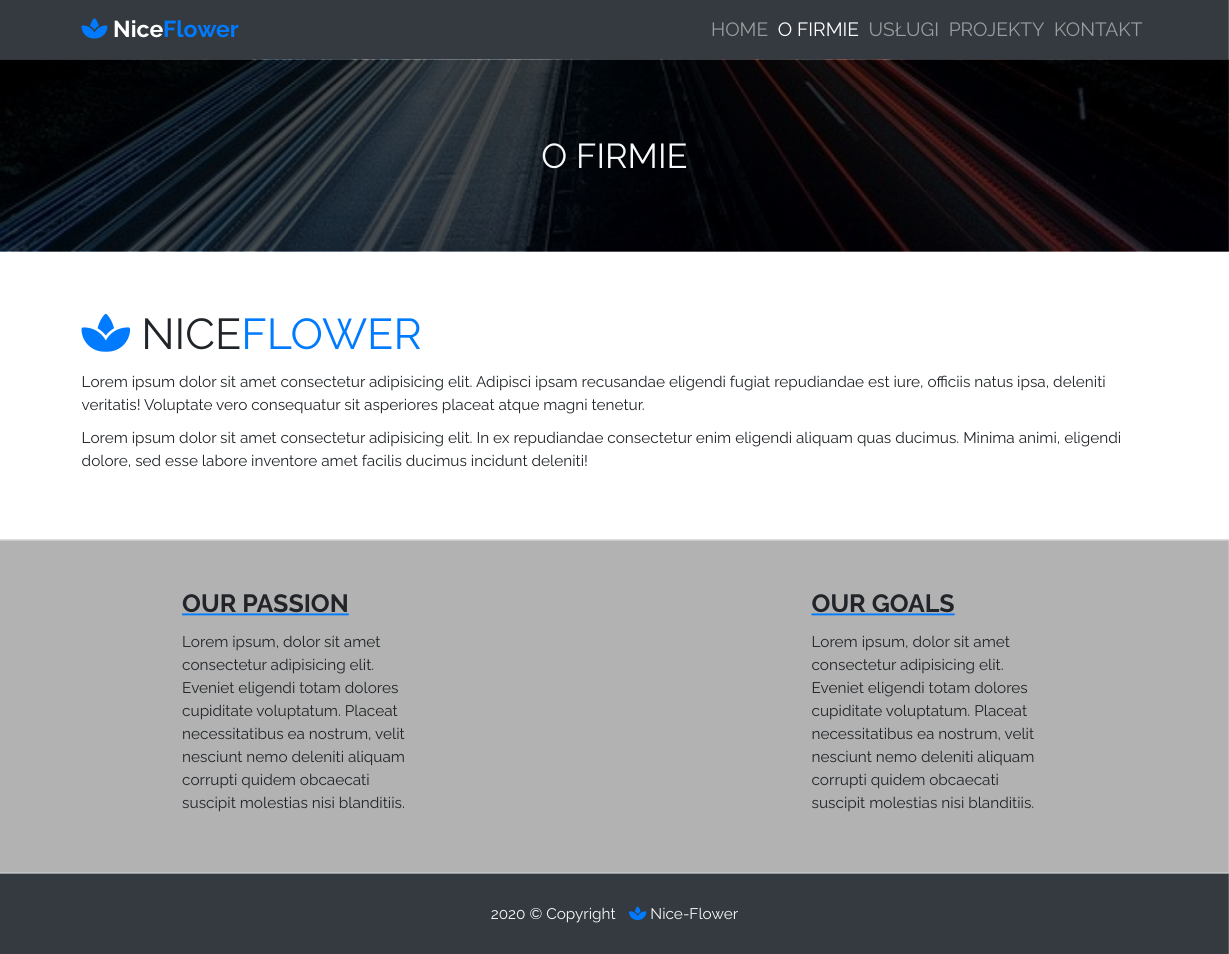
Repository: KrzysKolo/Projekt-13_Kwiaciarnia
Page: abouteus.html
These files come from the project's save history. The page is drawn as it stood at one moment and after the next save; the edit follows.
The browser window is 1280 px wide. The pictures show the whole page, at 96% of full size.
Some web libraries are served in a nearby version.

Above is the page before, as saved 2020-08-10 09:37:44.

After the next save:
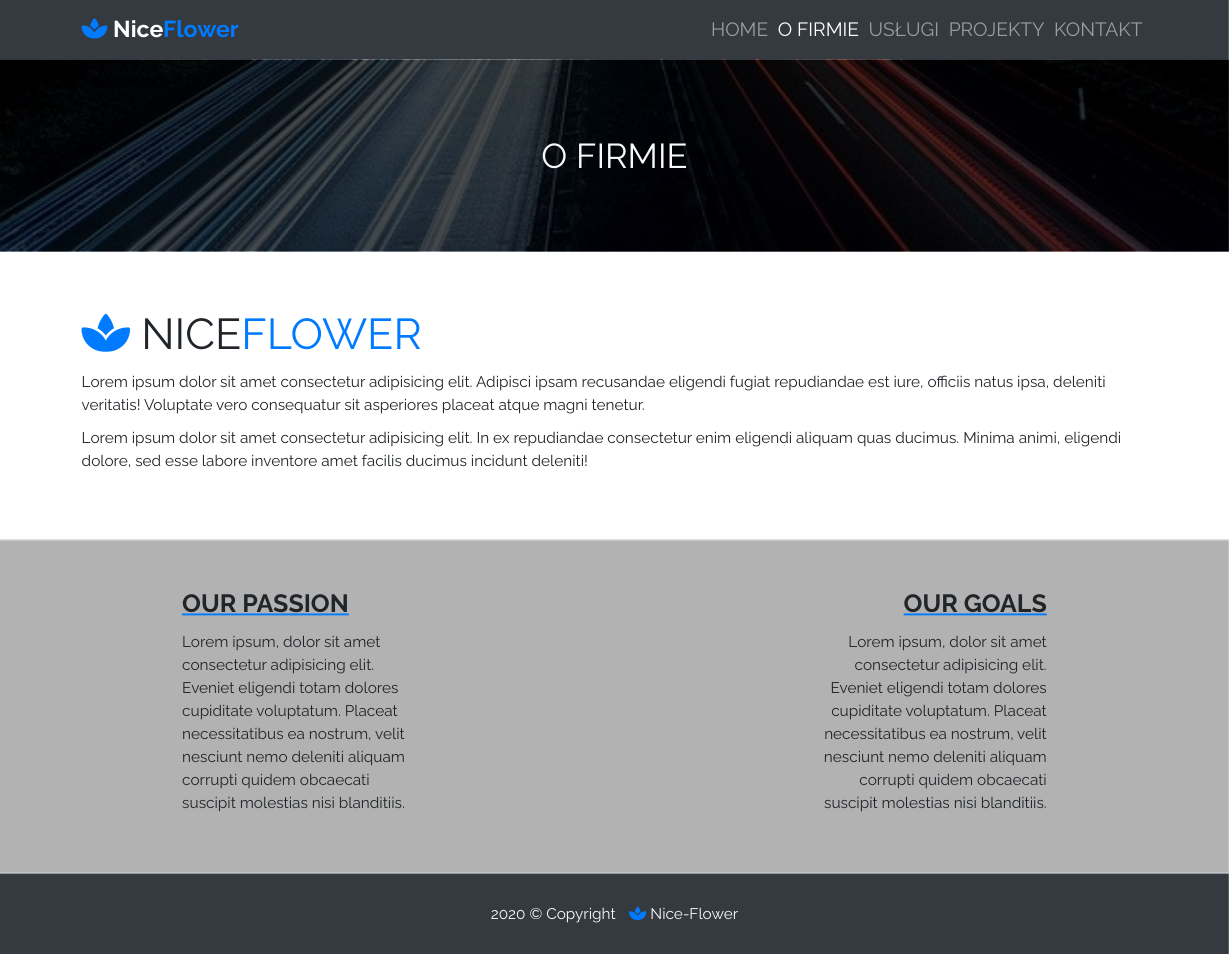
Saved 39 s later.
--- a/style.css
+++ b/style.css
@@ -126,7 +126,7 @@ header {
   font-weight: bold;
   text-decoration: underline #007bff;
 }
-.aboutus-text-right {
+.abouts-text-right {
   text-align: right;
 }
 /* ----------- */
